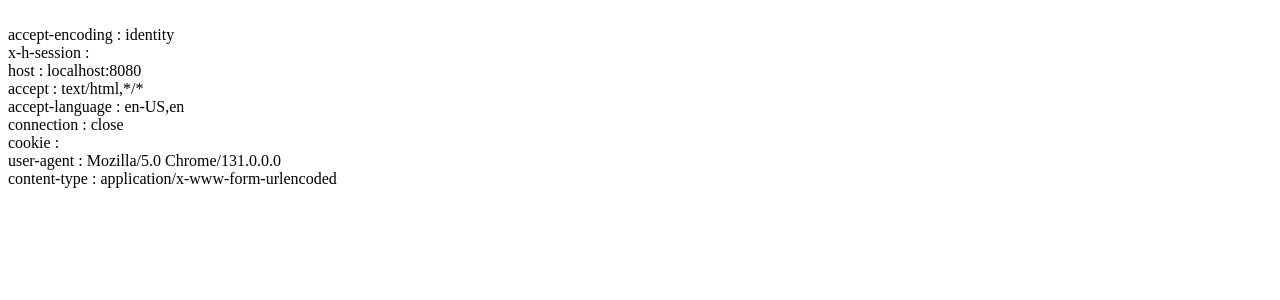
Repository: 1ilsang/17_study_compilation
Page: http://localhost/edu/example21.jsp
The author's editor kept a copy of each file at every save. The page is drawn from the files as they stood at one save, then again after the next save.
The browser window is 1280 px wide. The pictures show the whole page.
The page is served by Tomcat 9. Other server files are loaded and not shown.

Above is the page before, as saved 2017-05-26 12:24:47.

### FirstServlet/edu/WebContent/example21.jsp
<%@page import="java.util.Enumeration"%>
<%@ page language="java" contentType="text/html; charset=UTF-8"
    pageEncoding="UTF-8"%>
<!DOCTYPE html PUBLIC "-//W3C//DTD HTML 4.01 Transitional//EN" "http://www.w3.org/TR/html4/loose.dtd">
<html>
<head>
<meta http-equiv="Content-Type" content="text/html; charset=UTF-8">
<title>Insert title here</title>
</head>
<body>
	<%
		Enumeration<String> list = request.getHeaderNames();
		while(list.hasMoreElements()){
			String key = list.nextElement();
			out.print("<br>" + key + " : " + request.getHeader(key));
		}
	%>
</body>
</html>

After the next save:
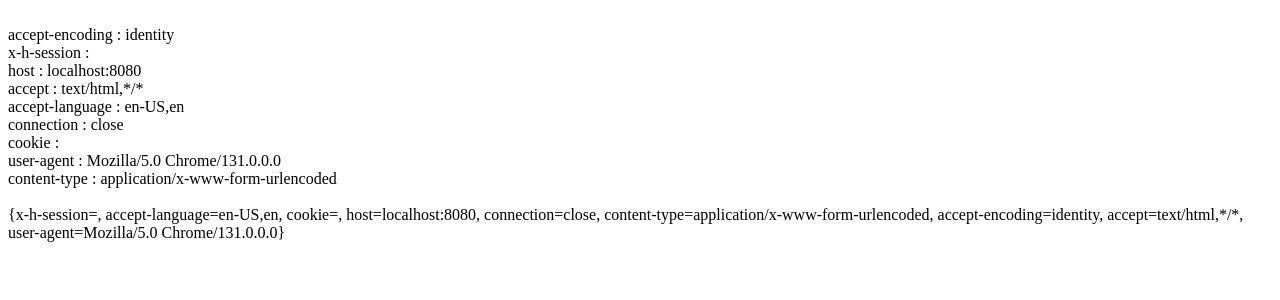
Saved 88 s later.
--- a/FirstServlet/edu/WebContent/example21.jsp
+++ b/FirstServlet/edu/WebContent/example21.jsp
@@ -15,5 +15,7 @@
 			out.print("<br>" + key + " : " + request.getHeader(key));
 		}
 	%>
+	<br><br>
+	${header }
 </body>
 </html>
